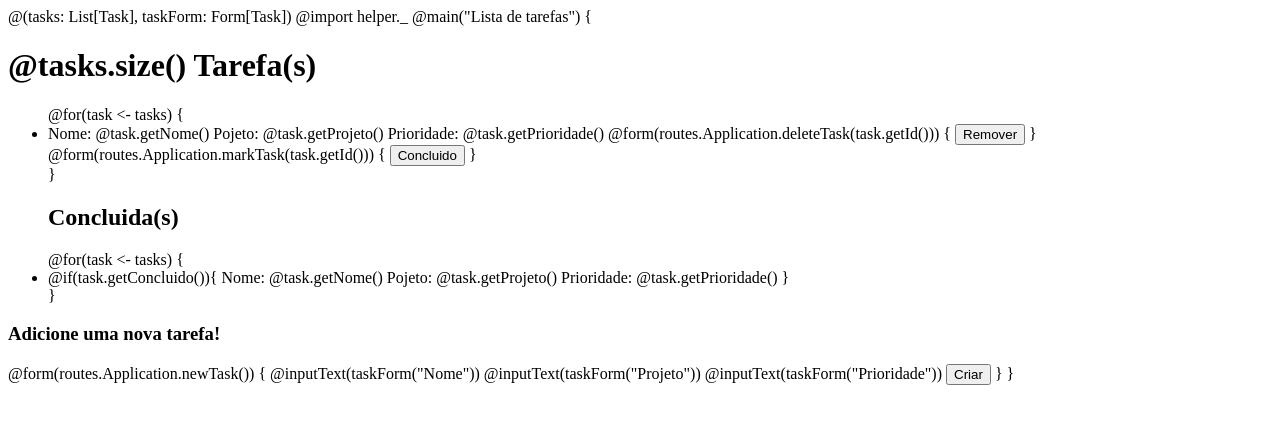
Repository: lcavalcante/si1
Page: lab2/.target/views/index.scala.html
An editor plug-in stored every save of this project. The page is shown before and after the next save, followed by the edit.
The browser window is 1280 px wide. The pictures show the whole page.

Above is the page before, as saved 2013-11-27 00:32:26.

### lab2/.target/views/index.scala.html
@(tasks: List[Task], taskForm: Form[Task])

@import helper._

@main("Lista de tarefas") {

    <h1>@tasks.size() Tarefa(s)</h1>

    <ul>
        @for(task <- tasks) {
            <li>
                Nome: @task.getNome() Pojeto: @task.getProjeto() Prioridade: @task.getPrioridade()

                @form(routes.Application.deleteTask(task.getId())) {
                    <input type="submit" value="Remover">

                }

                @form(routes.Application.markTask(task.getId())) {
                    <input type="submit" value="Concluido">
                }


            </li>
        }
    </ul>

    <ul>
    	 <h2>Concluida(s)</h2>
        @for(task <- tasks) {
            <li>
            	@if(task.getConcluido()){
                Nome: @task.getNome() Pojeto: @task.getProjeto() Prioridade: @task.getPrioridade()
                }

            </li>
        }
    </ul>

    <h3>Adicione uma nova tarefa!</h3>

    @form(routes.Application.newTask()) {

        @inputText(taskForm("Nome"))
        @inputText(taskForm("Projeto"))
        @inputText(taskForm("Prioridade"))

        <input type="submit" value="Criar">

    }

}

After the next save:
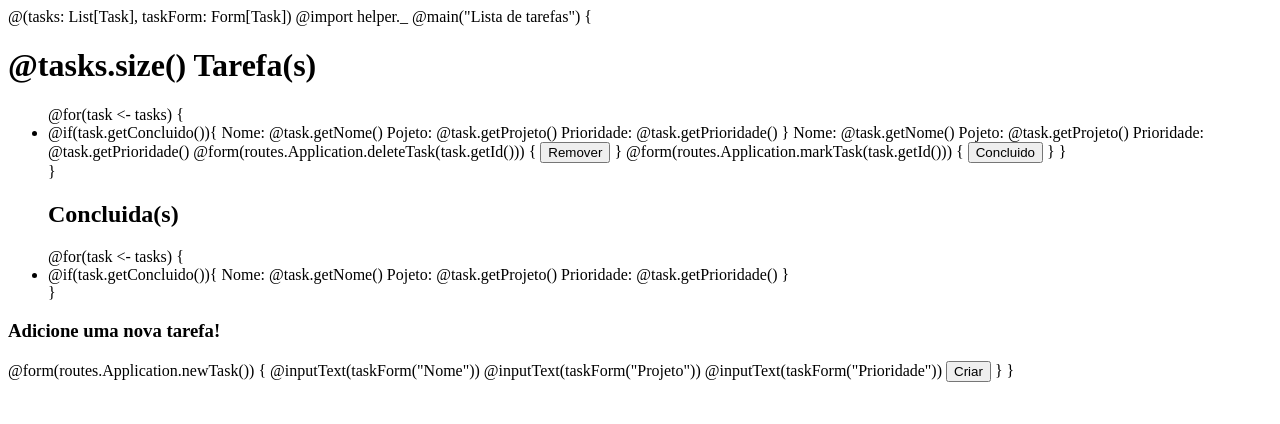
Saved 3 min 9 s later.
--- a/lab2/.target/views/index.scala.html
+++ b/lab2/.target/views/index.scala.html
@@ -9,6 +9,9 @@
     <ul>
         @for(task <- tasks) {
             <li>
+                @if(task.getConcluido()){
+                Nome: @task.getNome() Pojeto: @task.getProjeto() Prioridade: @task.getPrioridade()
+                }
                 Nome: @task.getNome() Pojeto: @task.getProjeto() Prioridade: @task.getPrioridade()
 
                 @form(routes.Application.deleteTask(task.getId())) {
@@ -19,7 +22,7 @@
                 @form(routes.Application.markTask(task.getId())) {
                     <input type="submit" value="Concluido">
                 }
-
+                }
 
             </li>
         }
